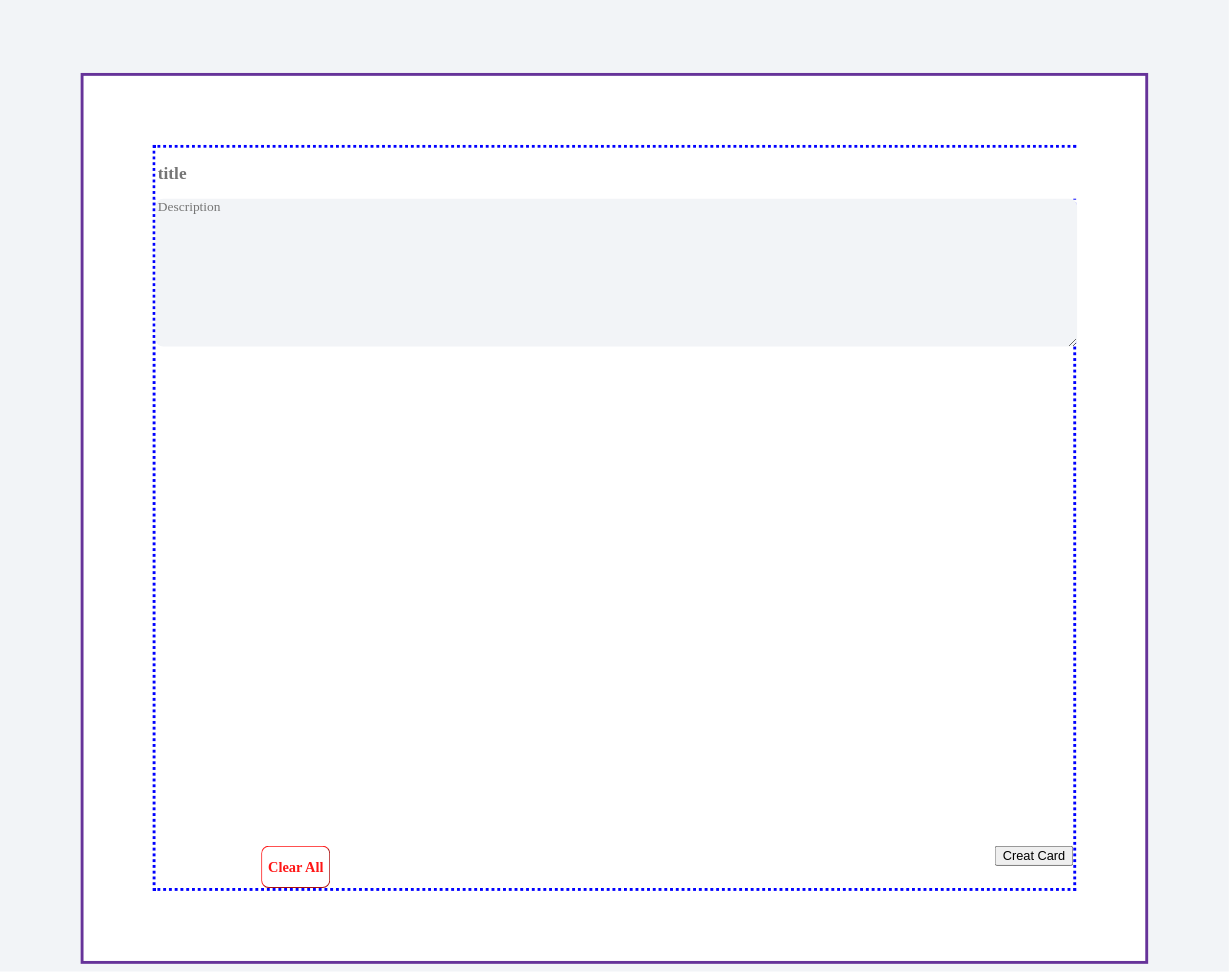
Repository: ReyhanehRahmani/TO-DO
Page: index.html
These files come from the project's save history. The page is drawn as it stood at one moment and after the next save; the edit follows.
The browser window is 1280 px wide. The pictures show the whole page, at 96% of full size.

Above is the page before, as saved 2025-06-07 22:42:18.

After the next save:
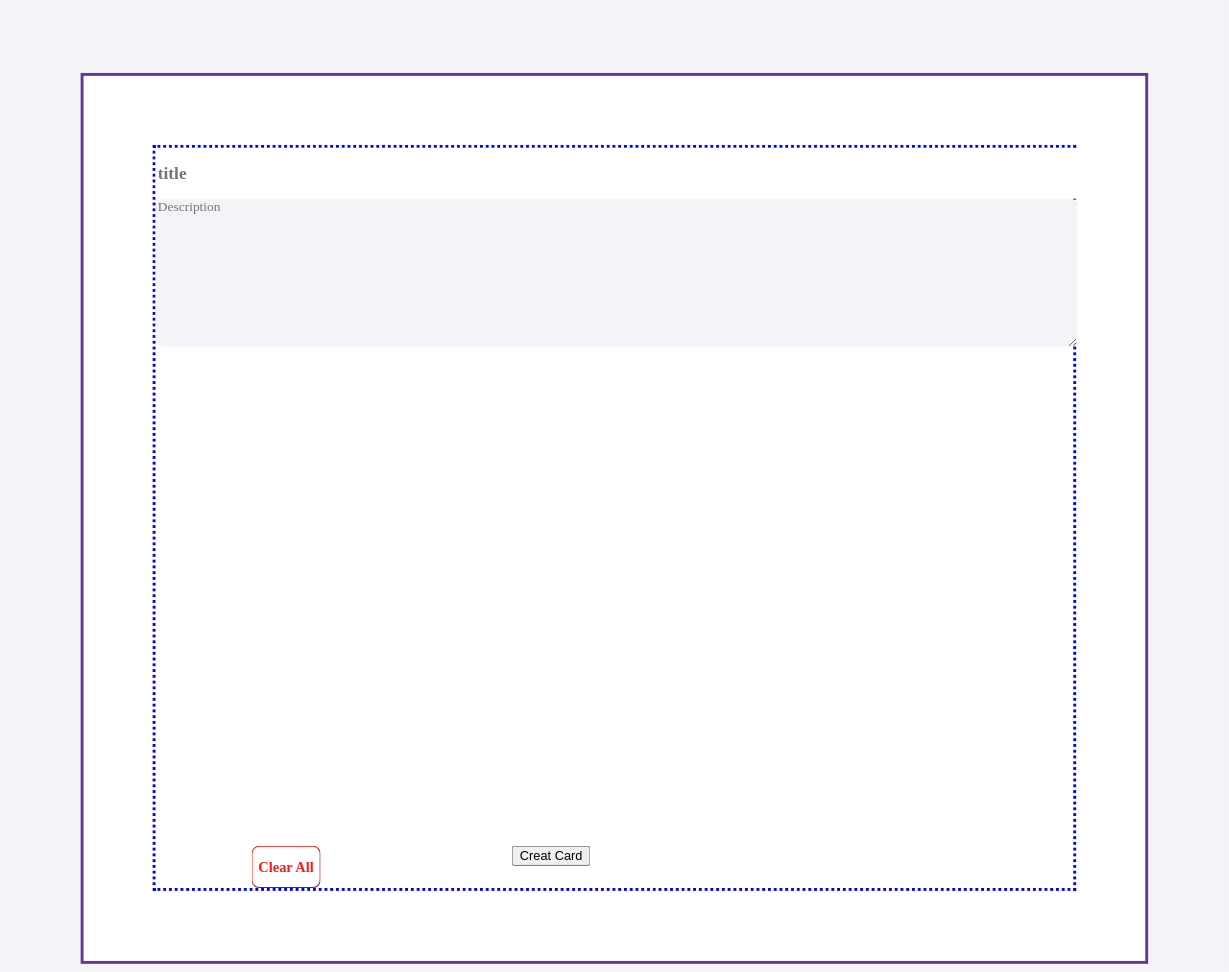
Saved 40 s later.
--- a/style.css
+++ b/style.css
@@ -81,7 +81,7 @@ body{
 }
 
 #creat{
-
+    width: 65.72327044%;
 }
 
 #creatbut{
